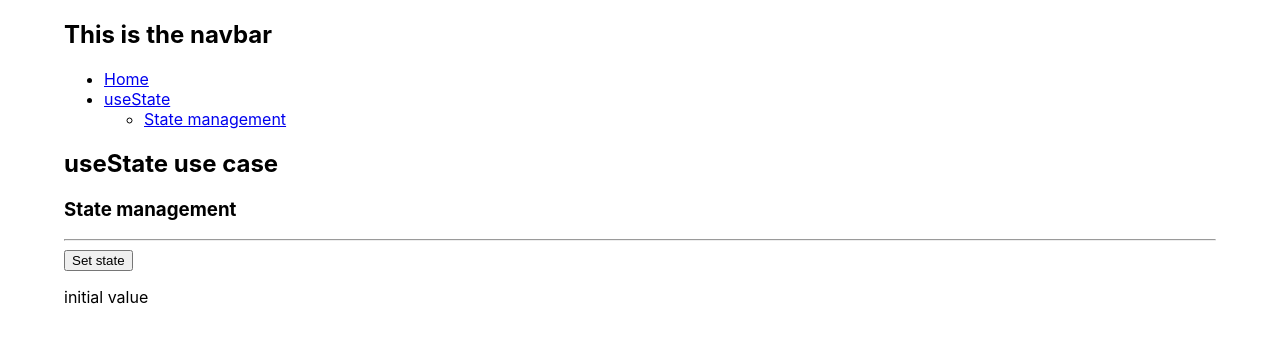
Repository: Colo-Codes/react-hooks-use-cases
Page: /usestate/state-management
An editor plug-in stored every save of this project. The page is shown before and after the next save, followed by the edit.
The browser window is 1280 px wide. The pictures show the whole page.
The project was rebuilt for these pictures with package versions that can differ from the ones it lists, and the page was loaded fresh each time. Also part of the build but not shown: src/components/Home/Home.js, src/components/UseCaseUseState/UseCaseUseState.js.

Above is the page before, as saved 2021-09-07 09:21:59.

### src/App.js
import classes from './App.module.css';
import { BrowserRouter as Router, Route, Switch } from 'react-router-dom';
import React from 'react';
import Home from './components/Home/Home';
import UseCaseUseState from './components/UseCaseUseState/UseCaseUseState';
import Navbar from './components/Navbar/Navbar';
import UseCaseStateManagement from './components/UseCaseUseState/UseCaseStateManagement/UseCaseStateManagement';

function App() {
  return (
    <div className={classes.main}>
      <Router>
        <Navbar />
        <Switch>
          <Route exact path="/">
            <Home />
          </Route>
          <Route exact path="/usestate">
            <UseCaseUseState />
          </Route>
          <Route path="/usestate/state-management">
            <UseCaseStateManagement />
          </Route>
        </Switch>
      </Router>
    </div>
  );
};

export default App;

### src/App.module.css
.main {
  width: 90%;
  margin: auto;
}

### src/components/Navbar/Navbar.js
import { Link } from "react-router-dom";

const Navbar = props => {
    return (
        <nav>
            <h1>This is the navbar</h1>
            <ul>
                <li><Link to="/">Home</Link></li>
                <li><Link to="/usestate">useState</Link>
                    <ul>
                        <li><Link to="/usestate/state-management">State management</Link></li>
                    </ul>
                </li>
            </ul>
        </nav>
    );
};

export default Navbar;

### src/components/UseCaseUseState/UseCaseStateManagement/UseCaseStateManagement.js
import { useState } from "react";

const UseCaseStateManagement = props => {
    const [state, setState] = useState('initial value');

    const clickHandler = () => {
        setState('new value');
    };

    return (
        <>
            <h2>useState use case</h2>
            <h3>State management</h3>
            <hr />
            <button onClick={clickHandler}>Set state</button>
            <p>{state}</p>
        </>
    );
};

export default UseCaseStateManagement;

Loaded but not shown: public/index.html (common file); src/index.js (common file); src/index.css (common file); src/reportWebVitals.js (common file)

After the next save:
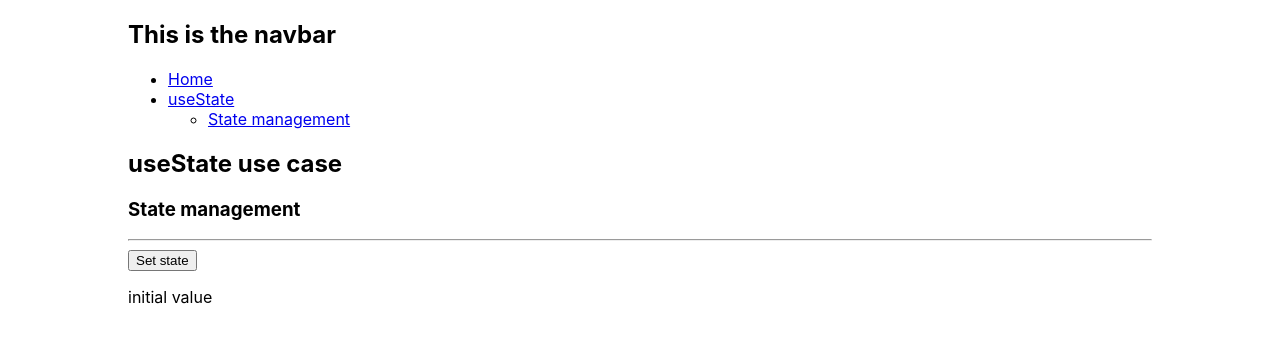
Saved 8 s later.
--- a/src/App.module.css
+++ b/src/App.module.css
@@ -1,4 +1,4 @@
 .main {
-  width: 90%;
+  width: 80%;
   margin: auto;
 }
